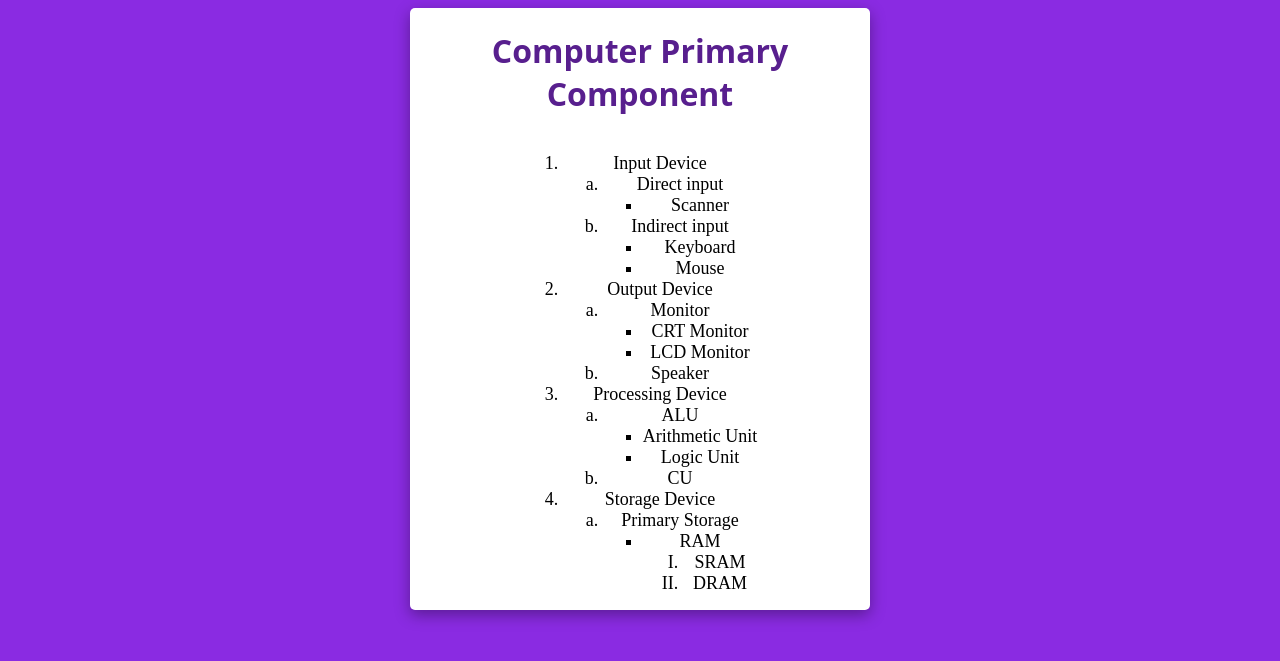
Repository: SharonSebastian32/Nested_List_in_html
Page: index.html
These files come from the project's save history. The page is drawn as it stood at one moment and after the next save; the edit follows.
The browser window is 1280 px wide. The pictures show the whole page.

Above is the page before, as saved 2024-09-01 08:20:22.

After the next save:
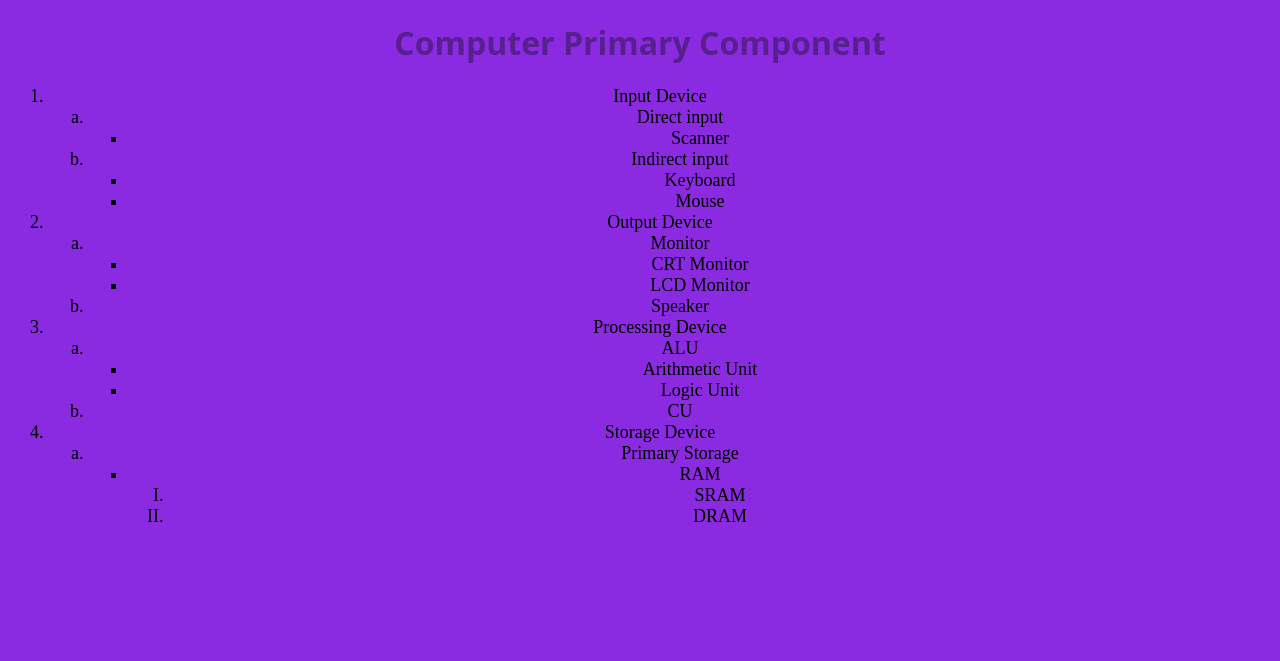
Saved 11 s later.
--- a/index.html
+++ b/index.html
@@ -22,18 +22,7 @@
       <div class="listitem"
         data-aos="zoom-in-up"
         style="
-          border-radius: 5px;
-          display: flex;
-          flex-wrap: wrap;
-          justify-content: center;
-          align-items: center;
-          flex-direction: column;
-          background-color: rgb(255, 255, 255);
-          width: 460px;
-          transition: transform 0.5s ease-in-out,
-            background-color 0.5s ease-in-out;
 
-          box-shadow: rgba(0, 0, 0, 0.35) 0px 5px 15px;
         "
       >
         <h1 style="color: rgb(88, 31, 142)">Computer Primary Component</h1>

After the save that followed:
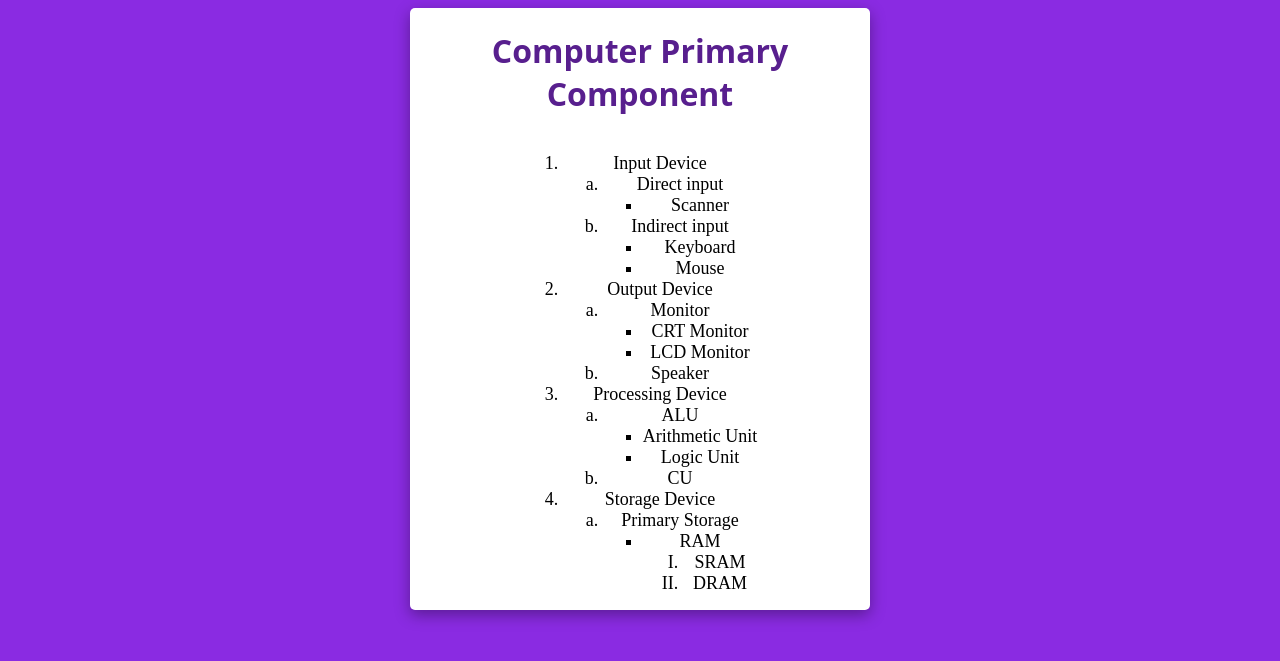
Saved 4 s later.
--- a/Styles/Styles.css
+++ b/Styles/Styles.css
@@ -3,5 +3,16 @@
 
 }
 .listitem{
+border-radius: 5px;
+    display: flex;
+    flex-wrap: wrap;
+    justify-content: center;
+    align-items: center;
+    flex-direction: column;
+    background-color: rgb(255, 255, 255);
+    width: 460px;
+    transition: transform 0.5s ease-in-out,
+        background-color 0.5s ease-in-out;
 
+    box-shadow: rgba(0, 0, 0, 0.35) 0px 5px 15px;
 }
